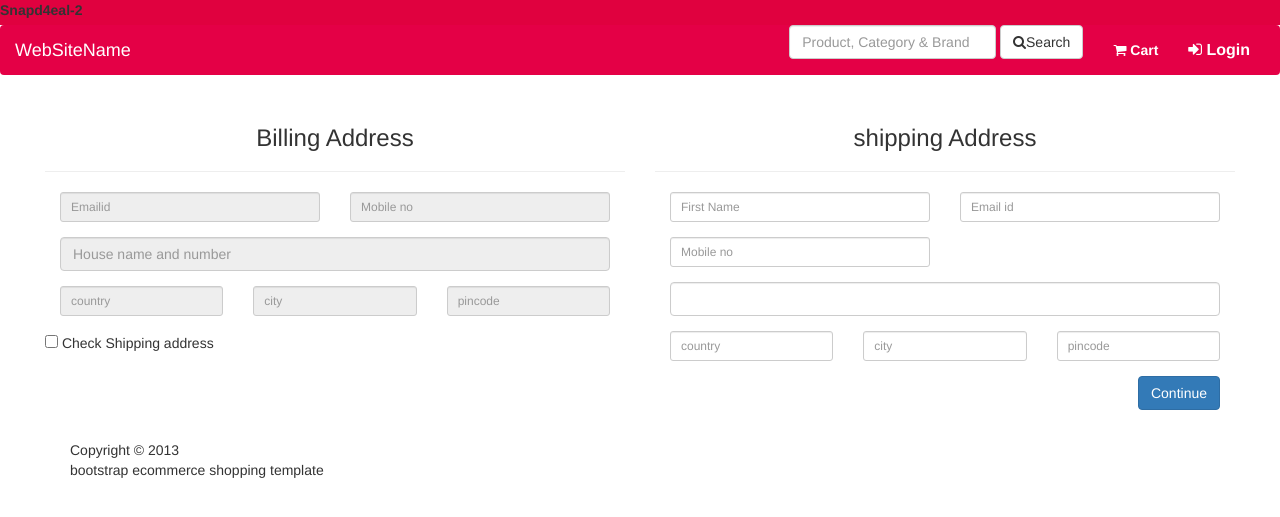
Repository: Aryans26/project
Page: http://localhost/frontend/WEB-INF/views/addressorder.jsp
The author's editor kept a copy of each file at every save. The page is drawn from the files as they stood at one save, then again after the next save.
The browser window is 1280 px wide. The pictures show the whole page.
Some web libraries are served in a nearby version. The page is served by Tomcat 9. Nobody is signed in. Other server files are loaded and not shown. The template is opened directly, without the code that normally fills it, so the values that code supplies are empty.

Above is the page before, as saved 2017-06-21 07:07:49.

### frontend/src/main/webapp/WEB-INF/views/addressorder.jsp
<%@ taglib prefix="c" uri="http://www.springframework.org/tags"%>
<%@ taglib prefix="form" uri="http://www.springframework.org/tags/form"%>
<!doctype html>
<html>
<head>
<c:url value="/resource" var="res" />

<!-- <link rel="stylesheet" ref="https://maxcdn.bootstrapcdn.com/bootstrap/3.3.7/css/bootstrap.min.css"> -->
<script
	src="https://ajax.googleapis.com/ajax/libs/jquery/3.2.1/jquery.min.js"></script>
<script
	src="https://maxcdn.bootstrapcdn.com/bootstrap/3.3.7/js/bootstrap.min.js"></script>
<link rel="stylesheet" href="${res}/css/bootstrap.min.css" />
<link rel="stylesheet" href="${res}/css/style.css" />
<link rel="stylesheet" href="${res}/css/font-awesome/css/font-awesome.min.css" />

</head>
<body>
	<%@include file="navbar.jsp"%>
	<div class="span11">

	<div class="col-md-12  col-sm-12  col-xs-8 "
	style="background: #fff; padding: 30px;">

	<div class="col-md-6 col-sm-6 col-xs-12">
		<h3 class="text-center">Billing Address</h3>

		<hr>
			<div class="col-xs-6 col-sm-6 col-md-6">
			<div class="form-group">
				<form:input type="text" path="user.U_email" name="email" class="form-control input-sm"
				placeholder="Emailid" disabled="true"/>
			</div>
		</div>
		<div class="col-xs-6 col-sm-6 col-md-6">
			<div class="form-group">
				<form:input type="number" name="mono" path="user.U_phoneno" disabled="true"
			class="form-control input-sm" placeholder="Mobile no"/>
			</div>
		</div>


		<div class="col-xs-12 col-sm-12 col-md-12">
			<div class="form-group">
				<form:input type="text" class="form-control" path="billing.House_no" disabled="true" placeholder="House name and number"/>

			</div>
		</div>

		<div class="col-xs-12 col-sm-4 col-md-4">
			<div class="form-group">
				<form:input type="text" name="Country" disabled="true"
				class="form-control input-sm" placeholder="country" path="billing.Country" />
			</div>
		</div>
		<div class="col-xs-12 col-sm-4 col-md-4">
			<div class="form-group">
			<form:input type="text" name="City" disabled="true"
				class="form-control input-sm" placeholder="city" path="billing.City"/>
			</div>
		</div>
		<div class="col-xs-12 col-sm-4 col-md-4">
			<div class="form-group">
			<form:input type="text" name="Pincode" disabled="true"
					class="form-control input-sm" placeholder="pincode" path="billing.Pincode" />
			</div>
		</div>
		<input class="coupon_question" type="checkbox" name="coupon_question"
			value="1"> <span class="item-text">Check Shipping
			address</span>
	</div>


	<div class="col-md-6 shipping col-sm-6 col-xs-12">
		<h3 class="text-center">shipping Address</h3>

		<hr>
	<c:url value="/orderConfirm" var="a"/>
		<form:form action="${a}" method="post" commandName="shippingAddress">


		<div class="col-xs-6 col-sm-6 col-md-6">
			<div class="form-group">
				<form:input type="text" name="first_name" id="first_name" class="form-control input-sm" placeholder="First Name" path="Ship_name"/>
			</div>
		</div>
<!-- 		<div class="col-xs-6 col-sm-6 col-md-6"> -->
<!-- 			<div class="form-group"> -->
<%-- 				<form:input type="text" name="last_name" id="last_name" class="form-control input-sm" placeholder="Last Name" path="lastname"/>  --%>
<!-- 			</div> -->
<!-- 		</div> -->

		<div class="col-xs-6 col-sm-6 col-md-6">
			<div class="form-group">
				<form:input type="text" name="first_name" id="first_name" class="form-control input-sm" placeholder="Email id" path="Ship_email"/>
			</div>
		</div>
		<div class="col-xs-6 col-sm-6 col-md-6">
			<div class="form-group">
				<form:input type="text" name="Mobile_no" class="form-control input-sm" placeholder="Mobile no" path="Ship_mono"/>
		</div>
</div>
		<div class="col-xs-12 col-sm-12 col-md-12">
			<div class="form-group">
				<form:input type="text" class="form-control" path="Ship_houseno"/>

			</div>
		</div>

		<div class="col-xs-12 col-sm-4 col-md-4">
			<div class="form-group">
				<form:input type="text"	class="form-control input-sm" placeholder="country" path="Ship_country"/>
			</div>
		</div>
		<div class="col-xs-12 col-sm-4 col-md-4">
			<div class="form-group">
				<form:input type="text"	class="form-control input-sm" placeholder="city" path="Ship_city"/>
			</div>
		</div>
		<div class="col-xs-12 col-sm-4 col-md-4">
			<div class="form-group">
				<form:input type="text" class="form-control input-sm" placeholder="pincode" path="Ship_pincode" />
			</div>
		</div>

	<div class="col-md-12">
		<input type="submit" class="btn btn-primary pull-right" value="Continue">
	</div>
   </form:form>
</div>
</div></div>
<!--
Footer
-->

<!-- /container -->

<div class="copyright">
<div class="container">

	<span>Copyright &copy; 2013<br> bootstrap ecommerce shopping template</span>
</div>
</div>
<a href="#" class="gotop"><i class="icon-double-angle-up"></i></a>

  </body>
</html>

### frontend/src/main/webapp/WEB-INF/views/navbar.jsp
<%@ taglib prefix="c" uri="http://www.springframework.org/tags"%>
<%@ taglib prefix="form" uri="http://www.springframework.org/tags/form"%>
<%@ taglib prefix="security" uri="http://www.springframework.org/security/tags" %>
<%@ taglib prefix="c1" uri="http://java.sun.com/jsp/jstl/core"%>
<!DOCTYPE html >
<html>
<head>
<meta http-equiv="Content-Type" content="text/html; charset=ISO-8859-1">
<title>Insert title here</title>
</head>
<body>
	<div class="headder">
		<b>Snapd4eal-2</b>
	</div>

	<nav class="navbar navbar-default" style="color: white;">
		<div class="container-fluid">
			<div class="navbar-header">
				<button type="button" class="navbar-toggle" data-toggle="collapse" data-target="#myNavbar">
					<span class="icon-bar"></span> <span class="icon-bar"></span>
					<span class="icon-bar"></span>
				</button>
				<a class="navbar-brand" href="<c:url value="/"/>"
					style="color: white;">WebSiteName</a>
				<form class="navbar-form navbar-right visible-sm visible-xs">
					<div class="form-group">
						<input type="text" class="form-control"
							placeholder="Product, Category & Brand">
					</div>
					<button type="submit" class="btn btn-default">
						<i class="fa fa-search"></i>Search
					</button>

				</form>
			</div>
			<div class="collapse navbar-collapse" id="myNavbar">
			<c1:if test="${pageContext.request.userPrincipal.name!=null}">
			<security:authorize access="hasRole('ROLE_ADMIN')">
				<ul class="nav navbar-nav">
					<li style="color: white;"><a
						href="<c:url value="/category"/>">Add Category</a></li>
					<li style="color: white;"><a
						href="<c:url value="/addproduct"/>">Add Product</a></li>
					<li style="color: white;"><a
						href="<c:url value="/supplier"/>">Add Supplier</a></li>
<!-- 					<li style="color: white;"><a -->
<%-- 						href="<c:url value="/addcard"/>">Add Card</a></li> --%>

				</ul>
				</security:authorize>
				</c1:if>
				<ul class="nav navbar-nav navbar-right">
					<li><a href="<c:url value="/viewcart"/>"><i class="fa fa-shopping-cart"></i>
							Cart</a></li>

					<li class="dropdown"><a href="#" class="dropbtn"><span
							class="fa fa-sign-in"></span>
							<c1:if test="${pageContext.request.userPrincipal.name==null}"> Login </c1:if>
							 <c1:if test="${pageContext.request.userPrincipal.name!=null}">  Logout</c1:if></a>

						<div class="dropdown-content">
							<a href="#">your account</a>
							<a href="#">your orders</a>
							<c1:if test="${pageContext.request.userPrincipal.name==null}">

							<a href="<c:url value="/users"/>" class="hvr-reg-bordertop" > new user ?<br>
							<b>register</b></a>
<%-- <a href="<c:url value="/login"/>"><button type="button" class="btn btn-danger" style="width: 90%; margin: 10px;">Login</button></a> --%>
							<button type="button" class="btn btn-danger" data-toggle="modal"
								data-target="#myModal" style="width: 90%; margin: 10px;">Login</button>
								</c1:if>

								<c1:if test="${pageContext.request.userPrincipal.name!=null}">
					<a href="<c:url value="/j_spring_security_logout"/>"><button type="button" class="btn btn-danger" >Logout</button></a>
								</c1:if>
						</div></li>

				</ul>
				<form class="navbar-form navbar-right hidden-sm hidden-xs">
					<div class="form-group">
						<input type="text" class="form-control"
							placeholder="Product, Category & Brand">
					</div>
					<button type="submit" class="btn btn-default">
						<i class="fa fa-search"></i>Search
					</button>

				</form>

			</div>
		</div>
	</nav>


	<!-- Modal -->
	<div class="modal fade" id="myModal" role="dialog">
		<div class="modal-dialog modal-lg">
			<div class="modal-content">
				<div class="modal-header">
					<button type="button" class="close" data-dismiss="modal">&times;</button>
					<h4 class="modal-title">Login</h4>
				</div>
				<div class="modal-body">
				<c1:url value="/j_spring_security_check" var="a"/>
					<form role="form" method="post" action="${a} ">
						<div class="form-group">
				<label for="email">Email address:</label>
				<input type="email" class="form-control" id="email" name="j_username" placeholder="Email Id">
						</div>
						<div class="form-group">
				<label for="pwd">Password:</label>
				 <input type="password" class="form-control" id="pwd" name="j_password" placeholder="Password">
						</div>
						<div class="checkbox">
							<label><input type="checkbox"> Remember me</label>
						</div>
						<a class="cursor" data-dismiss="modal" data-toggle="modal"
							data-target="#myModal1">new User ? <b>register</b></a>
						<button type="submit" class="btn btn-success">Submit</button>
					</form>
				</div>
				<div class="modal-footer">
					<button type="button" class="btn btn-default" data-dismiss="modal">Close</button>
				</div>
			</div>
		</div>
	</div>

</body>
</html>

### frontend/src/main/webapp/resource/css/style.css
@charset "utf-8";
/* CSS Document */
.headder {
	min-height: 25px;
	background-color: #E0013F;
}

.navbar-default, .navbar-default li {
	background-color: #e40046;
	color: white;
}

.navbar-default li a {
	color: #FFF;
	font-weight: bold;
}

.navbar-nav li:hover, .navbar-nav li:focus, .navbar-nav li:active {
	background-color: #333;
}

.navbar-nav dropdown:hover {
	background-color: #333;
}

.dropbtn {
	color: white;
	padding: 16px;
	font-size: 16px;
	border: none;
	cursor: pointer;
}

.
.dropdown:hover {
	background-color: #333;
	color: white;
	padding: 16px;
	font-size: 16px;
	border: none;
	cursor: pointer;
}

.dropdown {
	position: relative;
	display: inline-block;
}

.dropdown-content {
	display: none;
	position: absolute;
	background-color: #333;
	min-width: 160px;
	right: 5px;
	box-shadow: 0px 8px 16px 0px rgba(0, 0, 0, 0.2);
	z-index: 1;
}

.dropdown-content a {
	color: black;
	font-size: 14px !important;
	font-weight: normal !important;
	text-align: center;
	padding: 12px 16px;
	text-decoration: none;
	display: block;
}

.dropdown-content a:hover {
	background-color: #000;
}

.dropdown:hover .dropdown-content {
	display: block;
}

.dropdown:hover .dropbtn {
	background-color: #333;
}

.dropdown-content .hvr-reg-bordertop {
	border-top: 1px solid #999;
	padding-top: 20px;
	margin-bottom: 0;
	padding-bottom: 0;
}

.cursor {
	cursor: pointer;
}

.form-fill{
	max-width:500px;
	box-shadow:2px 2px 8px  grey;
	padding:30px 20px;
	margin:10px auto;
	border-radius:10px;
}

.form-list-table{
	border:2px solid grey;
	box-shadow:4px 4px 8px grey;
	border-radius:10px;
}
.head3{
	color:#e40046;
	font-weight:bold;
	text-align:center;
	text-shadow:2px 2px 4px grey;
}

.items-list-head > div{
	Color:red;
	text-align:center;
	font-weight:bolder;
	font-size:20px;
}
.items-list > div{
	border-top:1px solid grey;
	line-height:40px;
	text-align:center;
	font-weight:bold;
}

.box-shadow{
	border-radius:10px;
	box-shadow:2px 2px 8px grey;
}

.list-head{
	font-size:16px;
	font-weight:bold;
	text-shadow:1px 1px 1px grey;
}

Loaded but not shown: frontend/src/main/webapp/resource/css/bootstrap.min.css (library); frontend/src/main/webapp/resource/css/font-awesome/css/font-awesome.min.css (library)

After the next save:
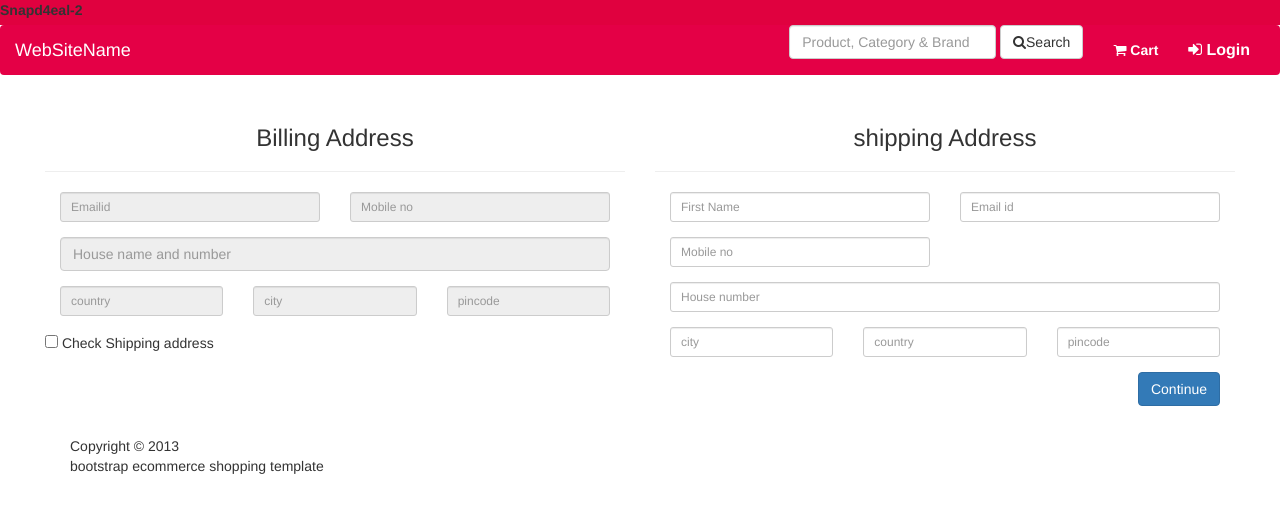
Saved 2 min 28 s later.
--- a/frontend/src/main/webapp/WEB-INF/views/addressorder.jsp
+++ b/frontend/src/main/webapp/WEB-INF/views/addressorder.jsp
@@ -102,21 +102,22 @@
 </div>
 		<div class="col-xs-12 col-sm-12 col-md-12">
 			<div class="form-group">
-				<form:input type="text" class="form-control" path="Ship_houseno"/>
+				<form:input type="text" class="form-control input-sm" placeholder="House number" path="Ship_houseno"/>
 
 			</div>
 		</div>
 
 		<div class="col-xs-12 col-sm-4 col-md-4">
 			<div class="form-group">
-				<form:input type="text"	class="form-control input-sm" placeholder="country" path="Ship_country"/>
+				<form:input type="text"	class="form-control input-sm" placeholder="city" path="Ship_city"/>
 			</div>
 		</div>
 		<div class="col-xs-12 col-sm-4 col-md-4">
 			<div class="form-group">
-				<form:input type="text"	class="form-control input-sm" placeholder="city" path="Ship_city"/>
+				<form:input type="text"	class="form-control input-sm" placeholder="country" path="Ship_country"/>
 			</div>
 		</div>
+
 		<div class="col-xs-12 col-sm-4 col-md-4">
 			<div class="form-group">
 				<form:input type="text" class="form-control input-sm" placeholder="pincode" path="Ship_pincode" />
